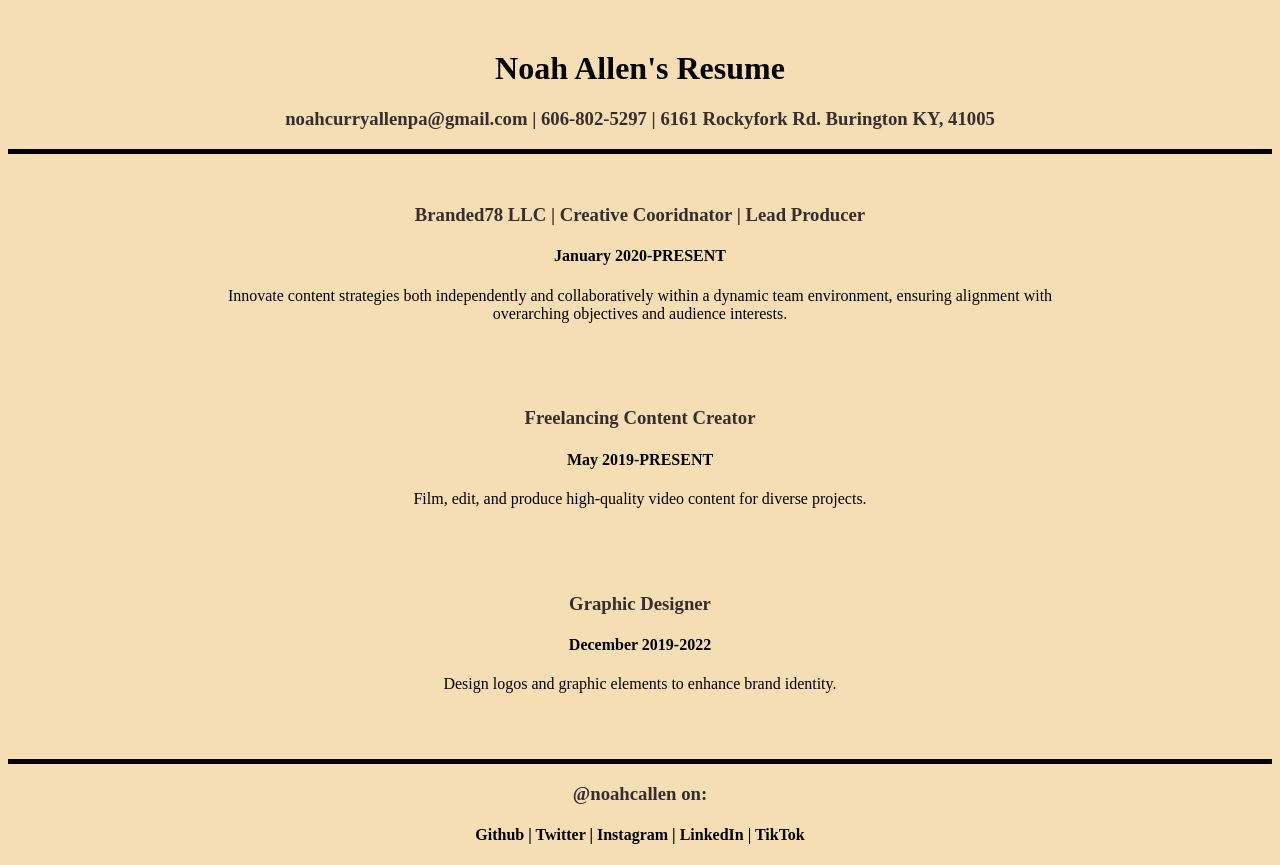
Repository: noahcallen/LAB-HTML-Resume
Page: index.html
These files come from the project's save history. The page is drawn as it stood at one moment and after the next save; the edit follows.
The browser window is 1280 px wide. The pictures show the whole page.

Above is the page before, as saved 2024-07-08 21:53:07.

After the next save:
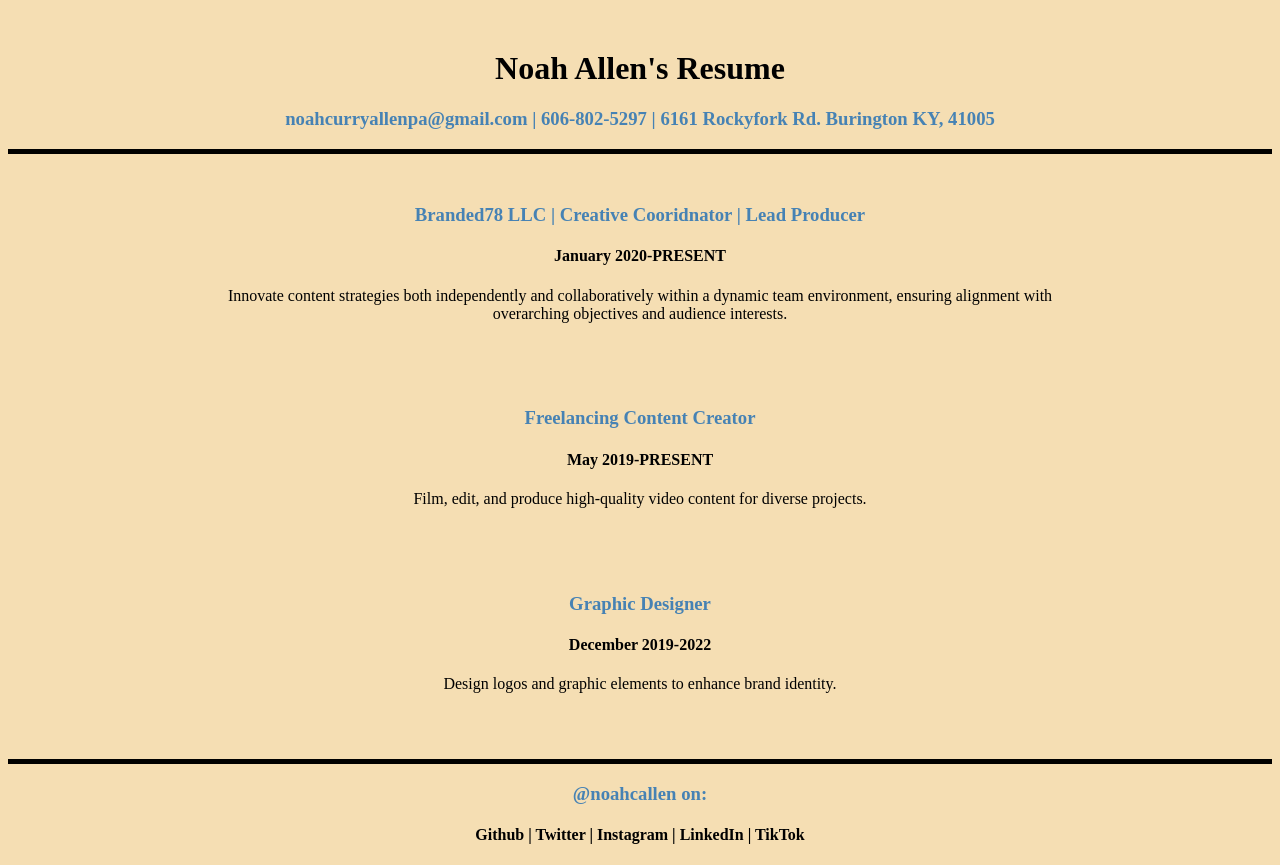
Saved 29 s later.
--- a/main.css
+++ b/main.css
@@ -4,7 +4,7 @@
 }
 
 h3 {
-  color: rgb(54, 46, 46);
+  color: steelblue;
 }
 
 .HEADER {
